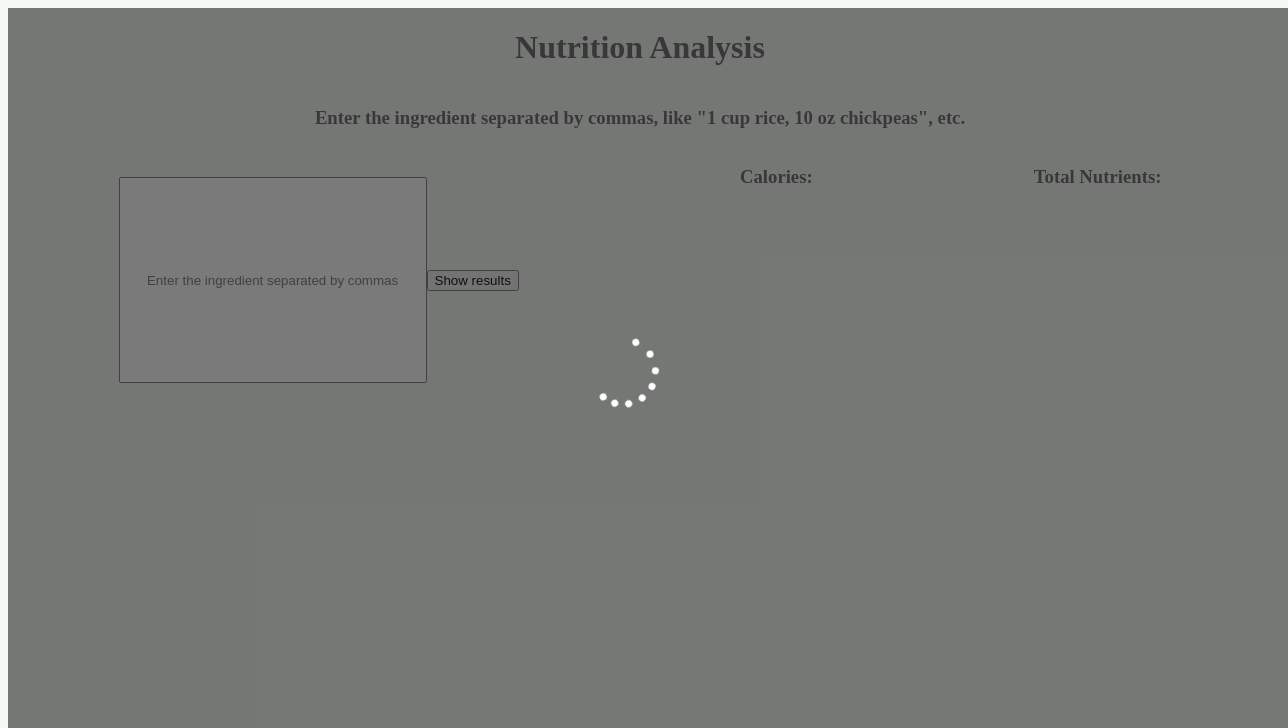
Repository: asya-aisa/nutrition-app
Page: /
The author's editor kept a copy of each file at every save. The page is drawn from the files as they stood at one save, then again after the next save.
The browser window is 1280 px wide. The page is 1288 px wide, so the pictures cover 1288 px, including what lies to the right of the window. The pictures show the whole page.
The page's requests for data from a server got no answer. The project was rebuilt for these pictures with package versions that can differ from the ones it lists, and the page was loaded fresh each time. No one was signed in, and anything a server would have sent is missing. Also part of the build but not shown: src/MyComponent.js.

Above is the page before, as saved 2023-09-25 20:55:22.

### src/App.js

import { useEffect, useState } from 'react';
import './App.css';
import MyComponent from './MyComponent';
import LoaderPage from './Loader/LoaderPage';

function App() {

  const [userText, setUserText] = useState({
    ingr: ["1 apple", "2 banana"]
  })

  const [bodyText, setBodyText] = useState({ingr: ["1 apple", "2 banana"]})
  const [nutrientsArray, setNutrientsArray] = useState([])
  const [caloriesState, setCaloriesState] = useState('')

  const [stateLoader, setStateLoader] = useState(false)

  useEffect(() => {
    const getNutrients = async () => {
      setStateLoader(true)

      const response = await fetch('https://api.edamam.com/api/nutrition-details?app_id=bce19124&app_key=%20d13039e09e0cad1255cc69b09c620945%09', {
        method: 'POST',
        headers: {
          'Content-Type': 'application/json;charset=utf-8'
        },
        body: JSON.stringify(bodyText)
      })
      const data = await response.json()
      setCaloriesState(data.calories)

      let nutrients = data.totalNutrients

      if(nutrients === undefined || nutrients === null) {
        alert('error')
        setStateLoader(false)
      }
      else{setNutrientsArray(Object.values(data.totalNutrients))
        setStateLoader(false)
      }
    }
    getNutrients()
  }, [bodyText])

  const handleInput = (e) => {
    setUserText({ingr: e.target.value.split(',')})
  }

  const changeBody = (e) => {
    e.preventDefault()
    setBodyText(userText)
  }

  return (<div>
{stateLoader && <LoaderPage />}
        <div className='cont'>
          <h1>Nutrition Analysis</h1>
        </div>

        <div className='cont'>
          <h3>Enter the ingredient separated by commas, like <span>"1 cup rice, 10 oz chickpeas"</span>, etc.</h3>
        </div>
      <div className="App">
      <form>
        <input type='text' onChange={handleInput} placeholder='Enter the ingredient separated by commas' />
        <button onClick={changeBody}>Show results</button>
      </form>
      <h3>Calories: {caloriesState}</h3>

      <div>
        <h3>Total Nutrients:</h3>
        {nutrientsArray.map((elem, index) => (
        <MyComponent
        key={index}
        label={elem.label}
        quantity={elem.quantity.toFixed()}
        unit={elem.unit}/>

        ))}

      </div>

    </div>
    </div>);
}

export default App;

### src/App.css
body {
  background-color: #F4F9F4;
  color: #616161;
}
.App {
  display: flex;
  justify-content: space-around;
}
ul, li {
  list-style: none;
  margin: 3px;
  padding: 0px;
}
input {
  margin-top: 30px;
  width: 300px;
  height: 200px;
}
.cont {
  display: flex;
  justify-content: center;
}
input::placeholder {
  text-align: center;
}
span {
  color: ;
}

### src/Loader/LoaderPage.js
import './style.css';
import Loader from "./Loader"

const LoaderPage = () => {
    return(<div className="container_loader">
        <Loader />
    </div>)
}
export default LoaderPage;

### src/Loader/style.css
.container_loader {
    position: absolute;
    width: 100%;
    height: 100%;
    background-color: #1a1a1a94;
    }

    .lds-roller {
    position: absolute;
    top: 45%;
    left: 45%;
    }

    .lds-roller div {
    animation: lds-roller 1.2s cubic-bezier(0.5, 0, 0.5, 1) infinite;
    transform-origin: 40px 40px;
    }

    .lds-roller div:after {
    content: " ";
    display: block;
    position: absolute;
    width: 7px;
    height: 7px;
    border-radius: 50%;
    background: #fff;
    margin: -4px 0 0 -4px;
    z-index: 2;
    }

    .lds-roller div:nth-child(1) {
    animation-delay: -0.036s;
    }

    .lds-roller div:nth-child(1):after {
    top: 63px;
    left: 63px;
    }

    .lds-roller div:nth-child(2) {
    animation-delay: -0.072s;
    }

    .lds-roller div:nth-child(2):after {
    top: 68px;
    left: 56px;
    }

    .lds-roller div:nth-child(3) {
    animation-delay: -0.108s;
    }

    .lds-roller div:nth-child(3):after {
    top: 71px;
    left: 48px;
    }

    .lds-roller div:nth-child(4) {
    animation-delay: -0.144s;
    }

    .lds-roller div:nth-child(4):after {
    top: 72px;
    left: 40px;
    }

    .lds-roller div:nth-child(5) {
    animation-delay: -0.18s;
    }

    .lds-roller div:nth-child(5):after {
    top: 71px;
    left: 32px;
    }

    .lds-roller div:nth-child(6) {
    animation-delay: -0.216s;
    }

    .lds-roller div:nth-child(6):after {
    top: 68px;
    left: 24px;
    }

    .lds-roller div:nth-child(7) {
    animation-delay: -0.252s;
    }

    .lds-roller div:nth-child(7):after {
    top: 63px;
    left: 17px;
    }

    .lds-roller div:nth-child(8) {
    animation-delay: -0.288s;
    }

    .lds-roller div:nth-child(8):after {
    top: 56px;
    left: 12px;
    }

    @keyframes lds-roller {
    0% {
    transform: rotate(0deg);
    }

    100% {
    transform: rotate(360deg);
    }
    }

### src/Loader/Loader.js
import './style.css';
const Loader = () => {
    return(<div className="lds-roller">
        <div></div>
        <div></div>
        <div></div>
        <div></div>
        <div></div>
        <div></div>
        <div></div>
        <div></div>
    </div>)
}

export default Loader;

Loaded but not shown: public/index.html (common file); src/index.js (common file); src/reportWebVitals.js (common file)

After the next save:
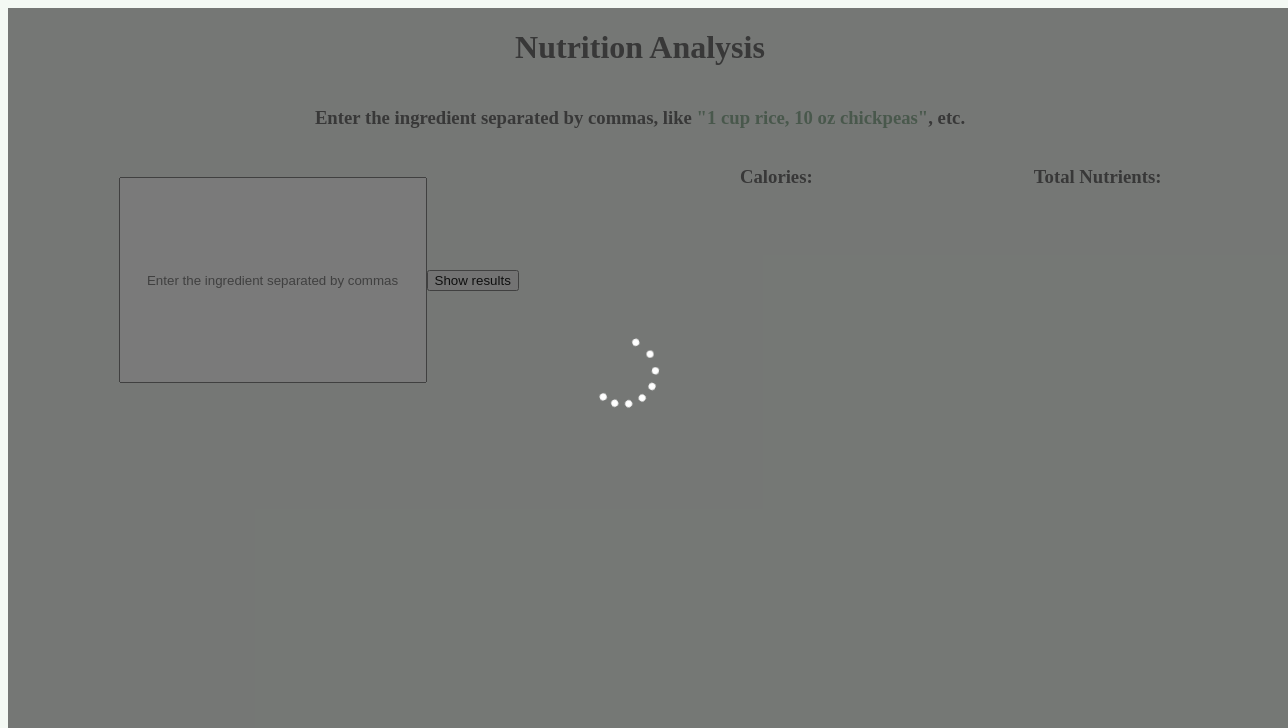
Saved 6 s later.
--- a/src/App.css
+++ b/src/App.css
@@ -24,5 +24,5 @@ input::placeholder {
   text-align: center;
 }
 span {
-  color: ;
+  color: #8AAE92;
 }
